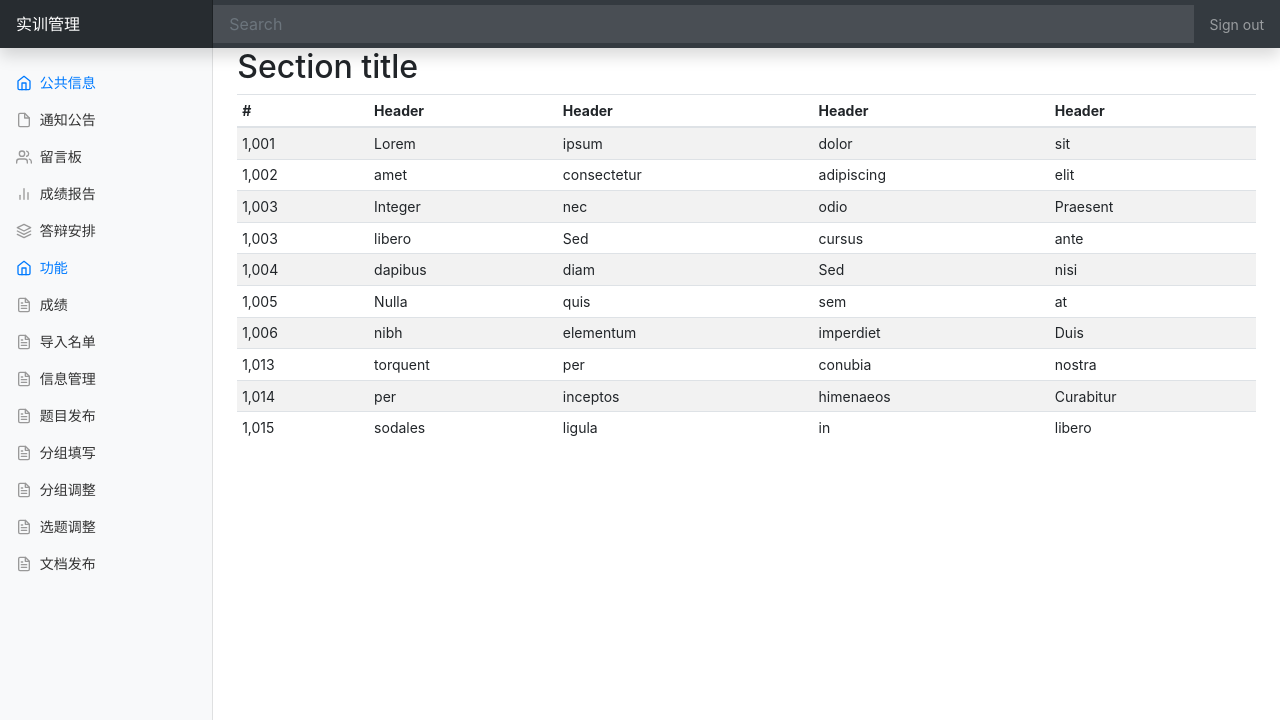
Repository: Kong-T/Practical-training
Page: Administrator/html/index_topic_admin.html
An editor plug-in stored every save of this project. The page is shown before and after the next save, followed by the edit.
The browser window is 1280 px wide. The pictures show the whole page.
The page's requests for data from a server got no answer. Some web libraries are served in a nearby version.

Above is the page before, as saved 2020-12-14 10:53:17.
Console error: TypeError: Cannot read properties of null (reading 'length')

### Administrator/html/index_topic_admin.html
<!doctype html>
<html lang="en">

<head>
  <meta charset="utf-8">
  <meta name="viewport" content="width=device-width, initial-scale=1, shrink-to-fit=no">
  <meta name="description" content="">
  <meta name="author" content="Mark Otto, Jacob Thornton, and Bootstrap contributors">
  <meta name="generator" content="Jekyll v4.0.1">
  <title>Dashboard Template · Bootstrap</title>

  <link rel="canonical" href="https://getbootstrap.com/docs/4.5/examples/dashboard/">

  <!-- Bootstrap core CSS -->
  <link href="../../assets4.5/dist/css/bootstrap.css" rel="stylesheet">

  <style>
    .bd-placeholder-img {
      font-size: 1.125rem;
      text-anchor: middle;
      -webkit-user-select: none;
      -moz-user-select: none;
      -ms-user-select: none;
      user-select: none;
    }

    @media (min-width: 768px) {
      .bd-placeholder-img-lg {
        font-size: 3.5rem;
      }
    }
  </style>

  <!-- Custom styles for this template -->
  <link href="../css/dashboard.css" rel="stylesheet">
</head>
<body>
  <nav class="navbar navbar-dark sticky-top bg-dark flex-md-nowrap p-0 shadow">
    <a class="navbar-brand col-md-3 col-lg-2 mr-0 px-3" href="#">实训管理</a>
    <button class="navbar-toggler position-absolute d-md-none collapsed" type="button" data-toggle="collapse"
      data-target="#sidebarMenu" aria-controls="sidebarMenu" aria-expanded="false" aria-label="Toggle navigation">
      <span class="navbar-toggler-icon"></span>
    </button>
    <input class="form-control form-control-dark w-100" type="text" placeholder="Search" aria-label="Search">
    <ul class="navbar-nav px-3">
      <li class="nav-item text-nowrap">
        <a class="nav-link" href="#">Sign out</a>
      </li>
    </ul>
  </nav>


  <div class="container-fluid">
    <div class="row">
      <nav id="sidebarMenu" class="col-md-3 col-lg-2 d-md-block bg-light sidebar collapse">
        <div class="sidebar-sticky pt-3">
          <ul class="nav flex-column">
            <li class="nav-item">
              <a class="nav-link active" href="#">
                <span data-feather="home"></span>
                公共信息 <span class="sr-only">(current)</span>
              </a>
            </li>
            <li class="nav-item">
              <a class="nav-link" href="#">
                <span data-feather="file"></span>
                通知公告
              </a>
            </li>

            <li class="nav-item">
              <a class="nav-link" href="#">
                <span data-feather="users"></span>
                留言板
              </a>
            </li>
            <li class="nav-item">
              <a class="nav-link" href="#">
                <span data-feather="bar-chart-2"></span>
                成绩报告
              </a>
            </li>
            <li class="nav-item">
              <a class="nav-link" href="#">
                <span data-feather="layers"></span>
                答辩安排
              </a>
            </li>
          </ul>

          <a class="nav-link active" href="#">
            <span data-feather="home"></span>
            功能 <span class="sr-only">(current)</span>
          </a>
          <!-- <h6 class="sidebar-heading d-flex justify-content-between align-items-center px-3 mt-4 mb-1 text-muted">
          <span>功能</span> -->
          <!-- <a class="d-flex align-items-center text-muted" href="#" aria-label="Add a new report">
            <span data-feather="plus-circle"></span>
          </a> -->
          </h6>
          <ul class="nav flex-column mb-2">
            <li class="nav-item">
              <a class="nav-link" href="#">
                <span data-feather="file-text"></span>
                成绩
              </a>
            </li>
            <li class="nav-item">
              <a class="nav-link" href="#">
                <span data-feather="file-text"></span>
                导入名单
              </a>
            </li>
            <li class="nav-item">
              <a class="nav-link" href="#">
                <span data-feather="file-text"></span>
                信息管理
              </a>
            </li>
            <li class="nav-item">
              <a class="nav-link" href="#">
                <span data-feather="file-text"></span>
                题目发布
              </a>
            </li>
            <li class="nav-item">
              <a class="nav-link" href="#">
                <span data-feather="file-text"></span>
                分组填写
              </a>
            </li>
            <li class="nav-item">
              <a class="nav-link" href="#">
                <span data-feather="file-text"></span>
                分组调整
              </a>
            </li>
            <li class="nav-item">
              <a class="nav-link" href="#">
                <span data-feather="file-text"></span>
                选题调整
              </a>
            </li>
            <li class="nav-item">
              <a class="nav-link" href="#">
                <span data-feather="file-text"></span>
                文档发布
              </a>
            </li>
          </ul>
        </div>
      </nav>

      <main role="main" class="col-md-9 ml-sm-auto col-lg-10 px-md-4">


        <h2>Section title</h2>
        <div class="table-responsive">
          <table class="table table-striped table-sm">
            <thead id="tbody1">
              <tr>
                <th>#</th>
                <th>Header</th>
                <th>Header</th>
                <th>Header</th>
                <th>Header</th>
              </tr>
            </thead>
            <tbody>
              <tr>
                <td>1,001</td>
                <td>Lorem</td>
                <td>ipsum</td>
                <td>dolor</td>
                <td>sit</td>
              </tr>
              <tr>
                <td>1,002</td>
                <td>amet</td>
                <td>consectetur</td>
                <td>adipiscing</td>
                <td>elit</td>
              </tr>
              <tr>
                <td>1,003</td>
                <td>Integer</td>
                <td>nec</td>
                <td>odio</td>
                <td>Praesent</td>
              </tr>
              <tr>
                <td>1,003</td>
                <td>libero</td>
                <td>Sed</td>
                <td>cursus</td>
                <td>ante</td>
              </tr>
              <tr>
                <td>1,004</td>
                <td>dapibus</td>
                <td>diam</td>
                <td>Sed</td>
                <td>nisi</td>
              </tr>
              <tr>
                <td>1,005</td>
                <td>Nulla</td>
                <td>quis</td>
                <td>sem</td>
                <td>at</td>
              </tr>
              <tr>
                <td>1,006</td>
                <td>nibh</td>
                <td>elementum</td>
                <td>imperdiet</td>
                <td>Duis</td>
              </tr>

              <tr>
                <td>1,013</td>
                <td>torquent</td>
                <td>per</td>
                <td>conubia</td>
                <td>nostra</td>
              </tr>
              <tr>
                <td>1,014</td>
                <td>per</td>
                <td>inceptos</td>
                <td>himenaeos</td>
                <td>Curabitur</td>
              </tr>
              <tr>
                <td>1,015</td>
                <td>sodales</td>
                <td>ligula</td>
                <td>in</td>
                <td>libero</td>
              </tr>
            </tbody>
          </table>
        </div>
      </main>
    </div>
  </div>
  <script src="https://cdn.bootcdn.net/ajax/libs/jquery/3.5.1/jquery.js"></script>
  <script src="https://code.jquery.com/jquery-3.5.1.slim.min.js"
    integrity="sha384-DfXdz2htPH0lsSSs5nCTpuj/zy4C+OGpamoFVy38MVBnE+IbbVYUew+OrCXaRkfj"
    crossorigin="anonymous"></script>
  <script>window.jQuery || document.write('<script src="../../assets4.5/js/vendor/jquery.slim.min.js"><\/script>')</script>
  <script src="../../assets4.5/dist/js/bootstrap.bundle.js"></script>
  <script src="https://cdnjs.cloudflare.com/ajax/libs/feather-icons/4.9.0/feather.min.js"></script>
  <script src="https://cdnjs.cloudflare.com/ajax/libs/Chart.js/2.7.3/Chart.min.js"></script>

  <script src="../js/dashboard.js"></script>

<script type="text/javascript">
var jq=jQuery.noConflict();

  window.onload = function () {
    // 请求后端数据
    $.ajax({
      url: "http://localhost:8080/Ad_topic",
      type: "post",
      data: name,
      success: function (data) {
        showData(data);//我们仅做数据展示
      },
      error: function (msg) {
        alert("ajax连接异常：" + msg);
        console.log("error");
      }
    })

    // 展示数据
    function showData(data) {
      var str = "<thead ><tr><th>题目名称</th><th>选题简介</th><th>提交者</th><th>是否审核通过</th></tr></thead>";//定义用于拼接的字符串
      // console.log(data);
      for (var i = 0; i < data.Topic_title.length; i++) {

        console.log(data.Topic_title);

        for (var i in data.Topic_title) {
          var Topic_titleID = " Topic_title" + i;
          var Topic_detailsID = "Topic_details" + i;
          var TutorID = "Tutor" + i;
          var denyID = "deny" + i;
          str += "<tr><td id=\"" + Topic_titleID + "\">" + data.Topic_title[i] + "</td><td id=\"" + Topic_detailsID + "\">" + data.Topic_details[i] + "</td><td id=\"" + TutorID + "\">" + data.Tutor[i] + "</td><td><input type=\"checkbox\">是<input type =\"checkbox\" name=\"deny\" id=\"" + denyID + "\"onclick = \"delete_topic()\"" + "\"style = \"margin-left: 10px;\">否</td></tr>"
          console.log(str);
        }
      }
      $("#tbody1").html(str);
    }


    var Topic_title = new Array();//声明一个放title的数组
    var btns = document.getElementsByTagName("button");//获取所有btn对象

    //管理员操作
    //设置不能同时选择是和否
    $(function () {
      $('table').on('click', 'input', function () {
        // console.log($('this').html);
        console.log("ta")
        var now = this;
        $('input').each(function (i, e) {
          if (now !== e) {
            $(e).attr('checked', false);
            // console.log(this)
          }
        })
      });
    })
  }

</script>

<script>

  var deny_now = "";
  function delete_topic(e) {
    console.log("ttt")
    // deny_now = "";//获取当前被点击的否的id
    $(document).click(function (e) {
      deny_now = e.target.id;
      console.log("函数内" + deny_now);
      // return deny_now;
    });
    console.log("获取当前id" + deny_now);
    console.log(deny_now.substring(deny_now.length - 1, deny_now.length))//获取当前被点击的否的编号
    var titleID = " Topic_title" + deny_now.substr(deny_now.length - 1, 1)
    var detailsID = "Topic_details" + deny_now.substr(deny_now.length - 1, 1)
    // console.log(titleID, detailsID)
    var titleValue = document.getElementById(titleID).innerText //获取topic_title单元格的值
    console.log(titleValue)
    Topic_title.push(titleValue);//把title放进数组里
    console.log(Topic_title)
  }
  //向后台传输title
  function submit() {
    $.ajax({
      type: "POST",
      url: "http://localhost:8080/Ad_topic_1",
      data: JSON.stringify(titleValue), //将JSON对象转为字符串
      dataType: "JSON",
      contentType: "application/json",
      async: 'true',
      beforeSend: function (XMLHttpRequest, settings) {
        //ShowLoading();
        // console.log($.ajax.data);
      },
      success: function () {
        alert("success");
      },
      error: function () {
        //请求出错处理
        console.log("error");
      },
    })
  }
</script>

</body>

</html>

### Administrator/css/dashboard.css
body {
  font-size: .875rem;
}

.feather {
  width: 16px;
  height: 16px;
  vertical-align: text-bottom;
}

/*
 * Sidebar
 */

.sidebar {
  position: fixed;
  top: 0;
  bottom: 0;
  left: 0;
  z-index: 100; /* Behind the navbar */
  padding: 48px 0 0; /* Height of navbar */
  box-shadow: inset -1px 0 0 rgba(0, 0, 0, .1);
}

@media (max-width: 767.98px) {
  .sidebar {
    top: 5rem;
  }
}

.sidebar-sticky {
  position: relative;
  top: 0;
  height: calc(100vh - 48px);
  padding-top: .5rem;
  overflow-x: hidden;
  overflow-y: auto; /* Scrollable contents if viewport is shorter than content. */
}

@supports ((position: -webkit-sticky) or (position: sticky)) {
  .sidebar-sticky {
    position: -webkit-sticky;
    position: sticky;
  }
}

.sidebar .nav-link {
  font-weight: 500;
  color: #333;
}

.sidebar .nav-link .feather {
  margin-right: 4px;
  color: #999;
}

.sidebar .nav-link.active {
  color: #007bff;
}

.sidebar .nav-link:hover .feather,
.sidebar .nav-link.active .feather {
  color: inherit;
}

.sidebar-heading {
  font-size: .75rem;
  text-transform: uppercase;
}

/*
 * Navbar
 */

.navbar-brand {
  padding-top: .75rem;
  padding-bottom: .75rem;
  font-size: 1rem;
  background-color: rgba(0, 0, 0, .25);
  box-shadow: inset -1px 0 0 rgba(0, 0, 0, .25);
}

.navbar .navbar-toggler {
  top: .25rem;
  right: 1rem;
}

.navbar .form-control {
  padding: .75rem 1rem;
  border-width: 0;
  border-radius: 0;
}

.form-control-dark {
  color: #fff;
  background-color: rgba(255, 255, 255, .1);
  border-color: rgba(255, 255, 255, .1);
}

.form-control-dark:focus {
  border-color: transparent;
  box-shadow: 0 0 0 3px rgba(255, 255, 255, .25);
}

### Administrator/js/dashboard.js
/* globals Chart:false, feather:false */

(function () {
  'use strict'

  feather.replace()

  // Graphs
  var ctx = document.getElementById('myChart')
  // eslint-disable-next-line no-unused-vars
  var myChart = new Chart(ctx, {
    type: 'line',
    data: {
      labels: [
        'Sunday',
        'Monday',
        'Tuesday',
        'Wednesday',
        'Thursday',
        'Friday',
        'Saturday'
      ],
      datasets: [{
        data: [
          15339,
          21345,
          18483,
          24003,
          23489,
          24092,
          12034
        ],
        lineTension: 0,
        backgroundColor: 'transparent',
        borderColor: '#007bff',
        borderWidth: 4,
        pointBackgroundColor: '#007bff'
      }]
    },
    options: {
      scales: {
        yAxes: [{
          ticks: {
            beginAtZero: false
          }
        }]
      },
      legend: {
        display: false
      }
    }
  })
}())

Loaded but not shown: assets4.5/dist/css/bootstrap.css (library); assets4.5/dist/js/bootstrap.bundle.js (library)

After the next save:
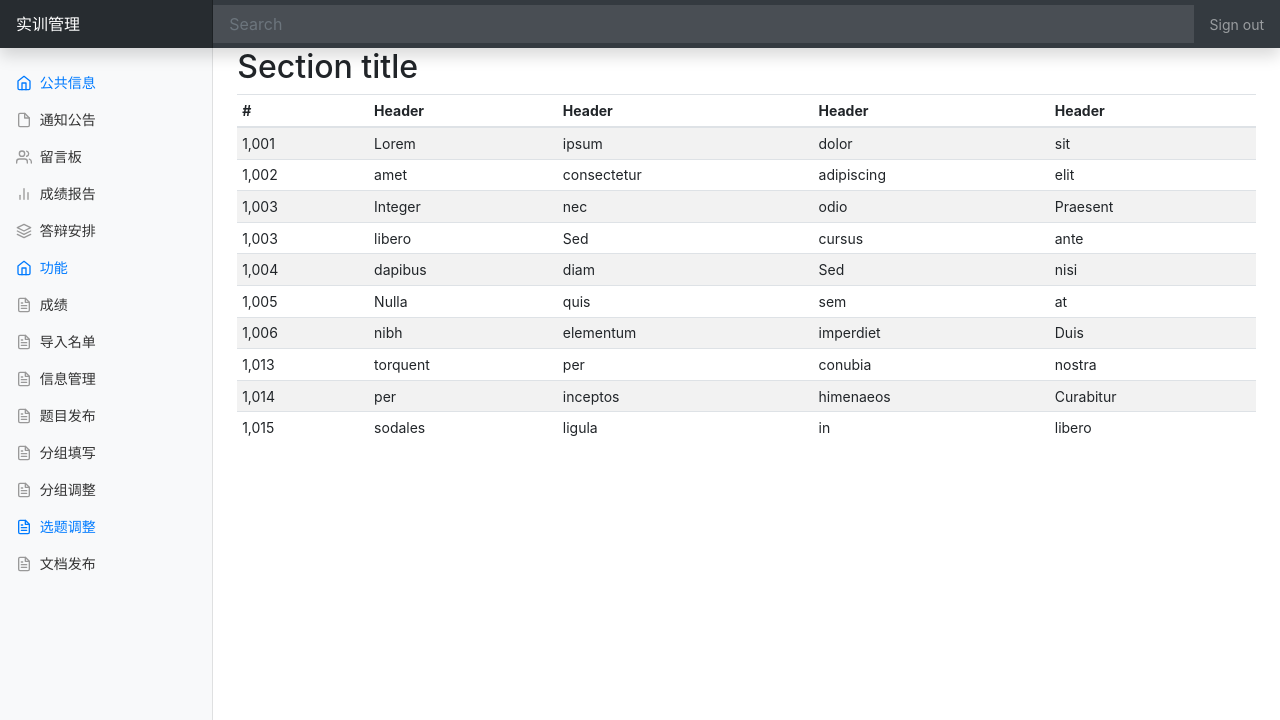
Saved 77 s later.
--- a/Administrator/html/index_topic_admin.html
+++ b/Administrator/html/index_topic_admin.html
@@ -136,7 +136,7 @@
               </a>
             </li>
             <li class="nav-item">
-              <a class="nav-link" href="#">
+              <a class="nav-link active" href="#">
                 <span data-feather="file-text"></span>
                 选题调整
               </a>
